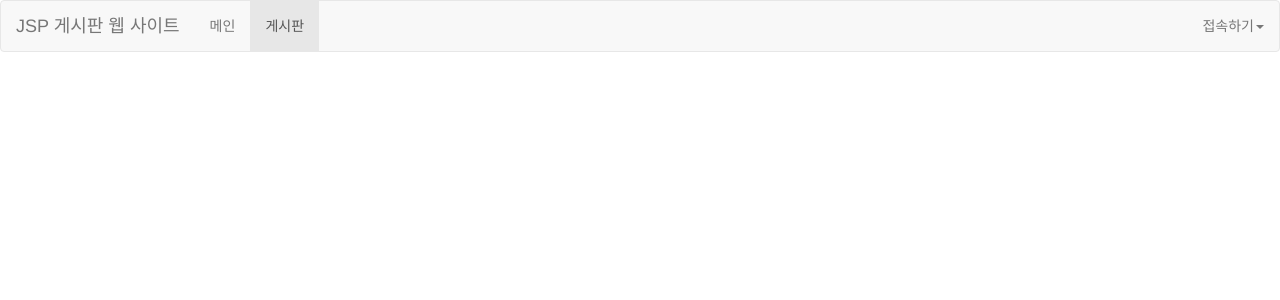
Repository: tykwon97/JSP
Page: http://localhost/BBS/bbs.jsp
These files come from the project's save history. The page is drawn as it stood at one moment and after the next save; the edit follows.
The browser window is 1280 px wide. The pictures show the whole page.
Some web libraries are served in a nearby version. The page is served by Tomcat 9. Other server files are loaded and not shown.

Above is the page before, as saved 2021-01-28 15:08:22.

### projects/BBS/WebContent/bbs.jsp
<%@ page language="java" contentType="text/html; charset=UTF-8"
	pageEncoding="UTF-8"%>
<%@ page import="java.io.PrintWriter"%>
<!-- 라이브러리를 불러오기 위함 -->
<!DOCTYPE html>
<html>
<head>
<meta http-equiv="Content-Type" content="text/html ; charset=UTF-8">
<meta name="viewport" content="width=device-width" , initial-scale="1">
<link rel="stylesheet" href="css/bootstrap.css">
<title>JSP 게시판 웹 사이트</title>
</head>
<body>
	<%
		String userID = null;
	if (session.getAttribute("userID") != null) {
		userID = (String) session.getAttribute("userID");
	}
	%>
	<nav class="navbar navbar-default">
		<div class="navbar-header">
			<button type="button" class="navbar-toggle collapsed"
				data-toggle="collapse" data-target="#bs-example-navbar-collapse-1"
				aria-expanded="false">
				<span class="icon-bar"></span> <span class="icon-bar"></span> <span
					class="icon-bar"></span>
			</button>
			<a class="navbar-brand" href="main.jsp">JSP 게시판 웹 사이트</a>
		</div>
		<div class="collapse navbar-collapse"
			id="bs-example-navbar-collapse-1">
			<ul class="nav navbar-nav">
				<li><a href="main.jsp">메인</a></li>
				<li class="active"><a href="bbs.jsp">게시판</a></li>	<!-- class="active" : 현재 선택이 됨 -->
			</ul>
			<%
				if (userID == null) {
			%>
			<ul class="nav navbar-nav navbar-right">
				<li class="dropdown"><a href="#" class="dropdown-toggle"
					data-toggle="dropdown" role="button" aria-haspopup="true"
					aria-expanded="false"> 접속하기<span class="caret"></span></a> <!-- 아이콘 -->
					<ul class="dropdown-menu">
						<li><a href="login.jsp">로그인</a></li>
						<li><a href="join.jsp">회원가입</a></li>
					</ul></li>
			</ul>
			<%
				} else { //로그인 되어 있는 사람
			%>
			<ul class="nav navbar-nav navbar-right">
				<li class="dropdown"><a href="#" class="dropdown-toggle"
					data-toggle="dropdown" role="button" aria-haspopup="true"
					aria-expanded="false"> 회원관리<span class="caret"></span></a> <!-- 아이콘 -->
					<ul class="dropdown-menu">
						<li><a href="logoutAction.jsp">로그아웃</a></li>
					</ul></li>
			</ul>
			<%
				}
			%>
		</div>
	</nav>
	<script src="https://code.jquery.com/jquery-3.1.1.min.js"></script>
	<script src="js/bootstrap.js"></script>
</body>
</html>

Loaded but not shown: projects/BBS/WebContent/css/bootstrap.css (library); projects/BBS/WebContent/js/bootstrap.js (library)

After the next save:
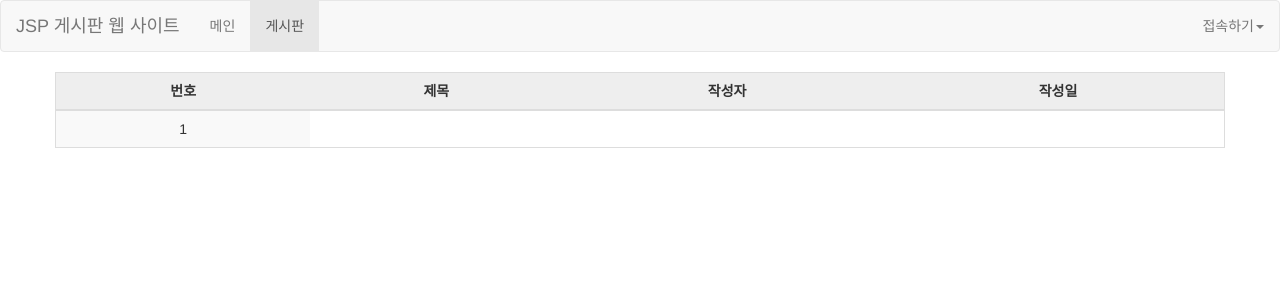
Saved 11 min 24 s later.
--- a/projects/BBS/WebContent/bbs.jsp
+++ b/projects/BBS/WebContent/bbs.jsp
@@ -61,6 +61,29 @@
 			%>
 		</div>
 	</nav>
+
+	<!--  게시판 화면 넣어주기 -->
+	<div class="container">
+		<div class="row">
+			<table class="table table-striped" style="text-align: center; border :1px solid #dddddd">
+			<!-- table table-striped 줄별로 보기 좋게 음영처리 -->
+				<thead> <!-- 테이블의 제목 -->
+					<tr> <!-- 테이블의 하나의 행(한 줄) -->
+						<th style="background-color : #eeeeee; text-align:center;">번호</th> <!-- 한 개의 속성 -->
+						<th style="background-color : #eeeeee; text-align:center;">제목</th>
+						<th style="background-color : #eeeeee; text-align:center;">작성자</th>
+						<th style="background-color : #eeeeee; text-align:center;">작성일</th>
+					</tr>
+				</thead>
+				<tbody>
+					<td>1</td>
+				</tbody>
+
+		</div>
+	</div>
+
+
+
 	<script src="https://code.jquery.com/jquery-3.1.1.min.js"></script>
 	<script src="js/bootstrap.js"></script>
 </body>
